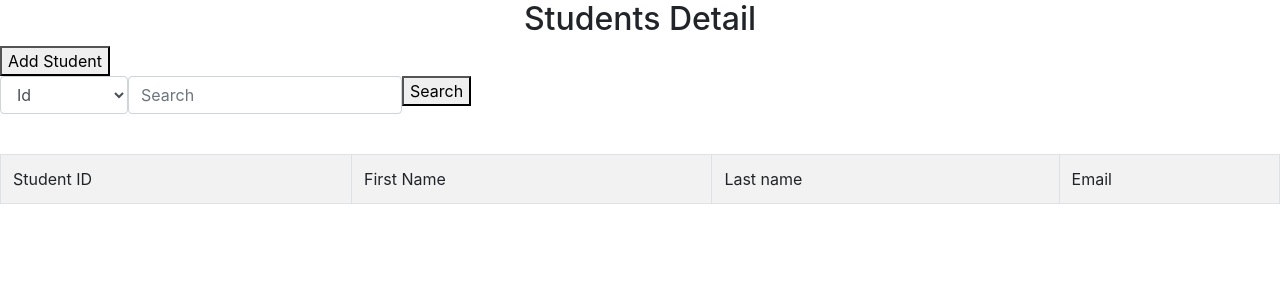
Repository: manvendra-24/jsp-servlets
Page: http://localhost/12-student-mvc-db/StudentController
An editor plug-in stored every save of this project. The page is shown before and after the next save, followed by the edit.
The browser window is 1280 px wide. The pictures show the whole page.
The page is served by Tomcat 9. Queries for data that is not in the repository find no rows.

Above is the page before, as saved 2024-07-18 18:52:07.

After the next save:
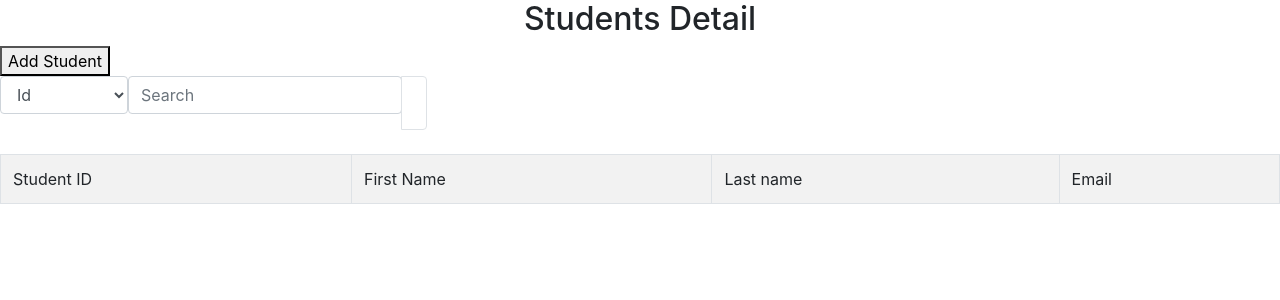
Saved 103 s later.
--- a/12-student-mvc-db/WebContent/view-students.jsp
+++ b/12-student-mvc-db/WebContent/view-students.jsp
@@ -30,9 +30,13 @@
 		<div class="form-outline">
 			<input type="search" id="input" name="input" class="form-control" placeholder="Search" />
 		</div>
-		<div class="form-outline">
-			<button type="submit" value="submit">Search</button>
-		</div>
+		<span class="input-group-append">
+			<button
+				class="btn btn-outline-secondary bg-white border-start-0 border rounded-pill ms-n3"
+				type="button">
+				<i class="fa fa-search"></i>
+			</button>
+		</span>
 	</form>
 	<table border="1" class="table table-striped table-bordered mt-4">
 		<tr>
